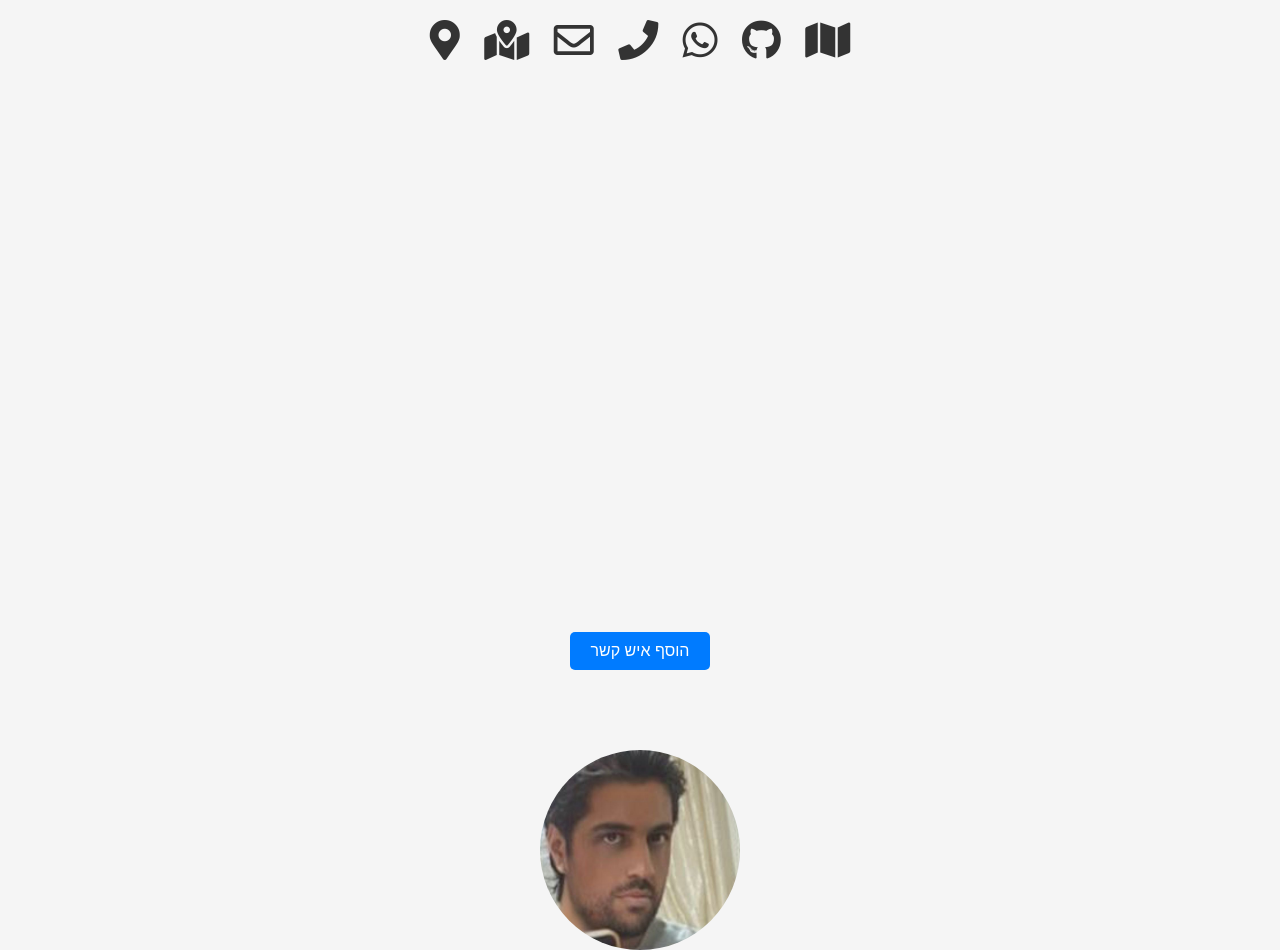
Repository: RL20/Business-Card
Page: index.html
These files come from the project's save history. The page is drawn as it stood at one moment and after the next save; the edit follows.
The browser window is 1280 px wide. The pictures show the whole page.

Above is the page before, as saved 2024-05-15 03:43:08.

### index.html
<!DOCTYPE html>
<html lang="en">
  <head>
    <meta charset="UTF-8" />
    <meta name="viewport" content="width=device-width, initial-scale=1.0" />
    <title>Contact Information</title>
    <link rel="stylesheet" href="https://cdnjs.cloudflare.com/ajax/libs/font-awesome/5.15.4/css/all.min.css" />
    <style>
      body {
        font-family: Arial, sans-serif;
        margin: 0;
        padding: 0;
        background-color: #f5f5f5;
        display: flex;
        flex-direction: column;
        align-items: center;
        /* justify-content: center; */
        justify-content: space-between;
        min-height: 100vh;
      }
      .icons {
        text-align: center;
        margin-top: 20px;
      }
      .icons i {
        font-size: 2.5rem;
        margin: 0 10px;
        color: #333;
        transition: color 0.3s;
      }
      .icons i:hover {
        color: gold;
      }
      .button-container {
        text-align: center;
        margin-bottom: 50px;
      }
      .button {
        background-color: #007bff;
        color: #fff;
        border: none;
        padding: 10px 20px;
        border-radius: 5px;
        cursor: pointer;
        font-size: 1rem;
        transition: background-color 0.3s;
      }
      .button:hover {
        background-color: #0056b3;
      }
      .profile-img {
        top: 0;
        position: absolute;
        width: 200px;
        height: 200px;
        overflow: hidden;
        border-radius: 50%;
        display: flex;
        justify-content: center;
        align-items: center;
        animation: slideDown 2s forwards; /* Apply the animation */
        margin-top: 500px;
      }
      @keyframes slideDown {
        0% {
          top: -200px; /* Start above the viewport */
        }
        100% {
          top: 250px; /* End position */
        }
      }

      .profile-img img {
        width: 100%;
        height: 100%;
        object-fit: cover;
      }
    </style>
  </head>
  <body>
    <div class="profile-img">
      <img src="./RLS.png" alt="Profile Image" />
    </div>

    <div class="icons">
      <a href="https://www.waze.com/ul?q=חטיבת הנחל 16 חדרה" target="_blank"><i class="fas fa-map-marker-alt"></i></a>
      <a href="https://www.google.com/maps?q=חטיבת הנחל 16 חדרה" target="_blank"
        ><i class="fas fa-map-marked-alt"></i
      ></a>
      <a href="mailto:harel_shalom@yahoo.com"><i class="far fa-envelope"></i></a>
      <a href="tel:0526966833"><i class="fas fa-phone"></i></a>
      <a href="https://wa.me/972526966833" target="_blank"><i class="fab fa-whatsapp"></i></a>
      <a href="https://github.com/RL20" target="_blank"><i class="fab fa-github"></i></a>
      <a href="#" onclick="openNavigationApp(); return false;"><i class="fas fa-map"></i></a>
    </div>
    <div class="button-container">
      <button class="button" onclick="downloadVCard()">הוסף איש קשר</button>
    </div>

    <script>
      function openNavigationApp() {
        var app = prompt("באיזו אפליקציה תרצה לפתוח את הניווט?\n1. וויז\n2. גוגל מפות");
        var address = encodeURI("חטיבת הנחל 16 חדרה");
        if (app === "1") {
          window.location.href = "https://www.waze.com/ul?q=" + address;
        } else if (app === "2") {
          window.location.href = "https://www.google.com/maps?q=" + address;
        } else {
          alert("אנא בחר אפליקציה חוקית.");
        }
      }

      function downloadVCard() {
        var contactName = "_RLS_הראל שלום";
        var phoneNumber = "0526966833";
        var email = "harel_shalom@yahoo.com";
        var address = 'חטיבת הנח"ל 16, חדרה';
        var website = "https://rl20.github.io/Bussines-Card/";
        var title = "RLS פיתוח תוכנה";
        var photoURL = "https://raw.githubusercontent.com/RL20/Bussines-Card/main/RLS.png";

        var vCardData =
          "BEGIN:VCARD\n" +
          "VERSION:3.0\n" +
          "FN:" +
          contactName +
          "\n" +
          "TEL;TYPE=CELL:" +
          phoneNumber +
          "\n" +
          "EMAIL:" +
          email +
          "\n" +
          "ADR;TYPE=HOME:" +
          address +
          "\n" +
          "URL:" +
          website +
          "\n" +
          "TITLE:" +
          title +
          "\n" +
          "PHOTO;VALUE=URL:" +
          photoURL +
          "\n" +
          "END:VCARD";

        var blob = new Blob([vCardData], { type: "text/vcard" });
        var url = window.URL.createObjectURL(blob);
        var a = document.createElement("a");
        a.href = url;
        a.download = "contact.vcf";
        document.body.appendChild(a);
        a.click();
        document.body.removeChild(a);
      }
    </script>
  </body>
</html>

After the next save:
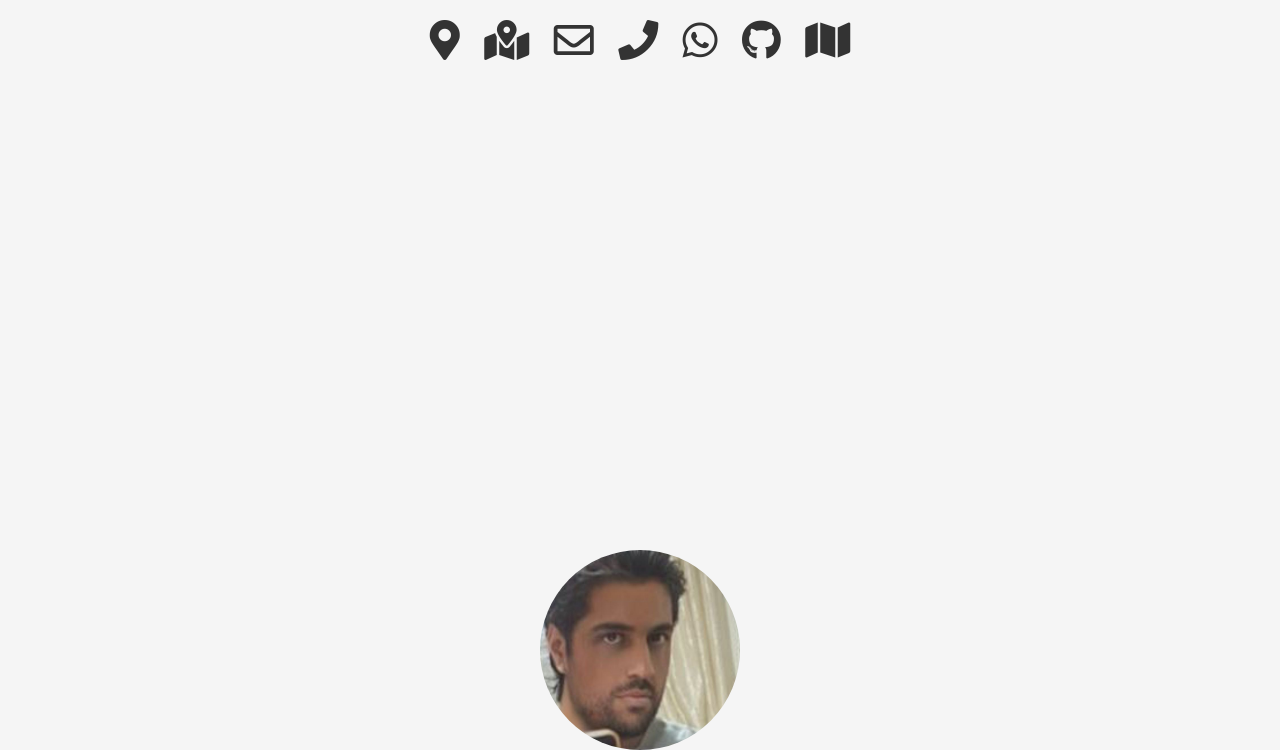
Saved 24 s later.
--- a/index.html
+++ b/index.html
@@ -59,7 +59,7 @@
         justify-content: center;
         align-items: center;
         animation: slideDown 2s forwards; /* Apply the animation */
-        margin-top: 500px;
+        margin-top: 300px;
       }
       @keyframes slideDown {
         0% {
